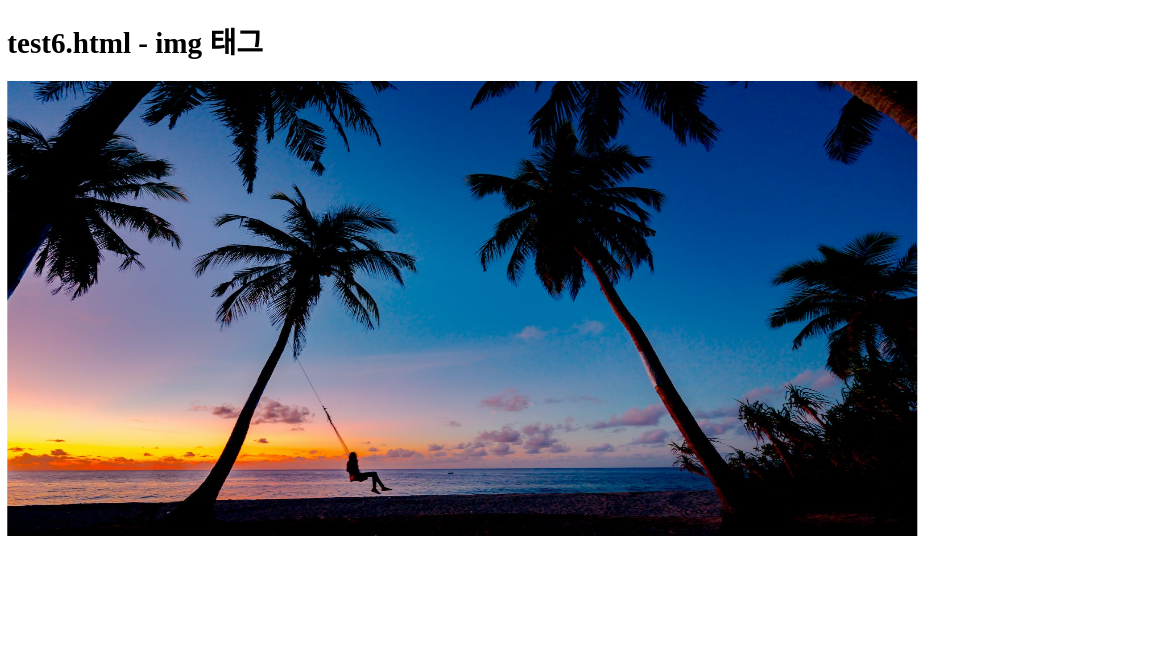
Repository: KimMinseooo/itwillStudy
Page: BACKEND/JSP/workspace_jsp/StudyHTML/src/main/webapp/1024/test6.html
These files come from the project's save history. The page is drawn as it stood at one moment and after the next save; the edit follows.
The browser window is 1280 px wide. The pictures show the whole page, at 91% of full size.

Above is the page before, as saved 2024-10-24 02:37:50.

After the next save:
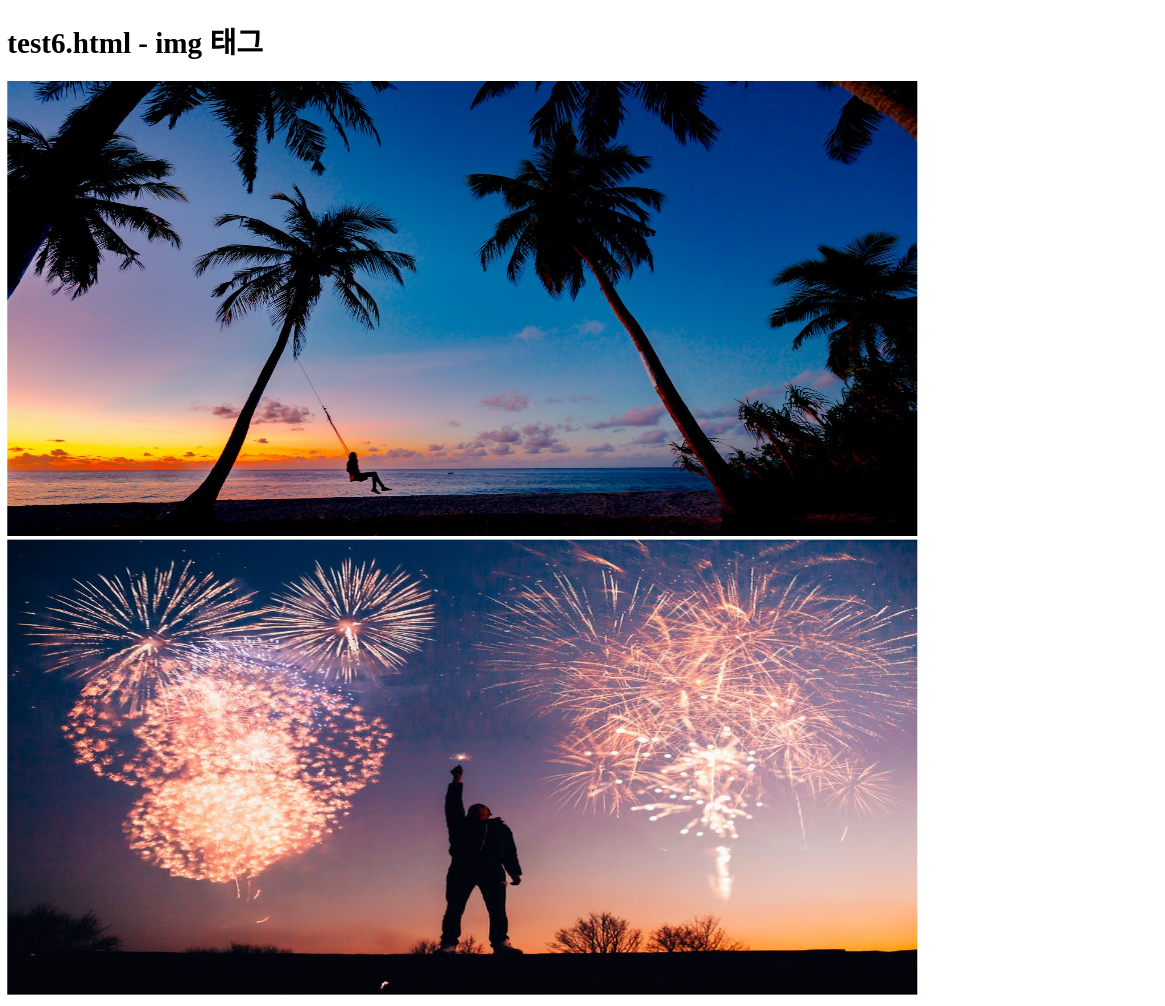
Saved 79 s later.
--- a/BACKEND/JSP/workspace_jsp/StudyHTML/src/main/webapp/1024/test6.html
+++ b/BACKEND/JSP/workspace_jsp/StudyHTML/src/main/webapp/1024/test6.html
@@ -9,5 +9,8 @@
 
 	<img src="1.jpg" width="1000" height="500" title="해변가">
 
+
+	<img src="3.jpg" width="1000" height="500" alt="이미지를 불러올 수 없습니다">
+
 </body>
 </html>
